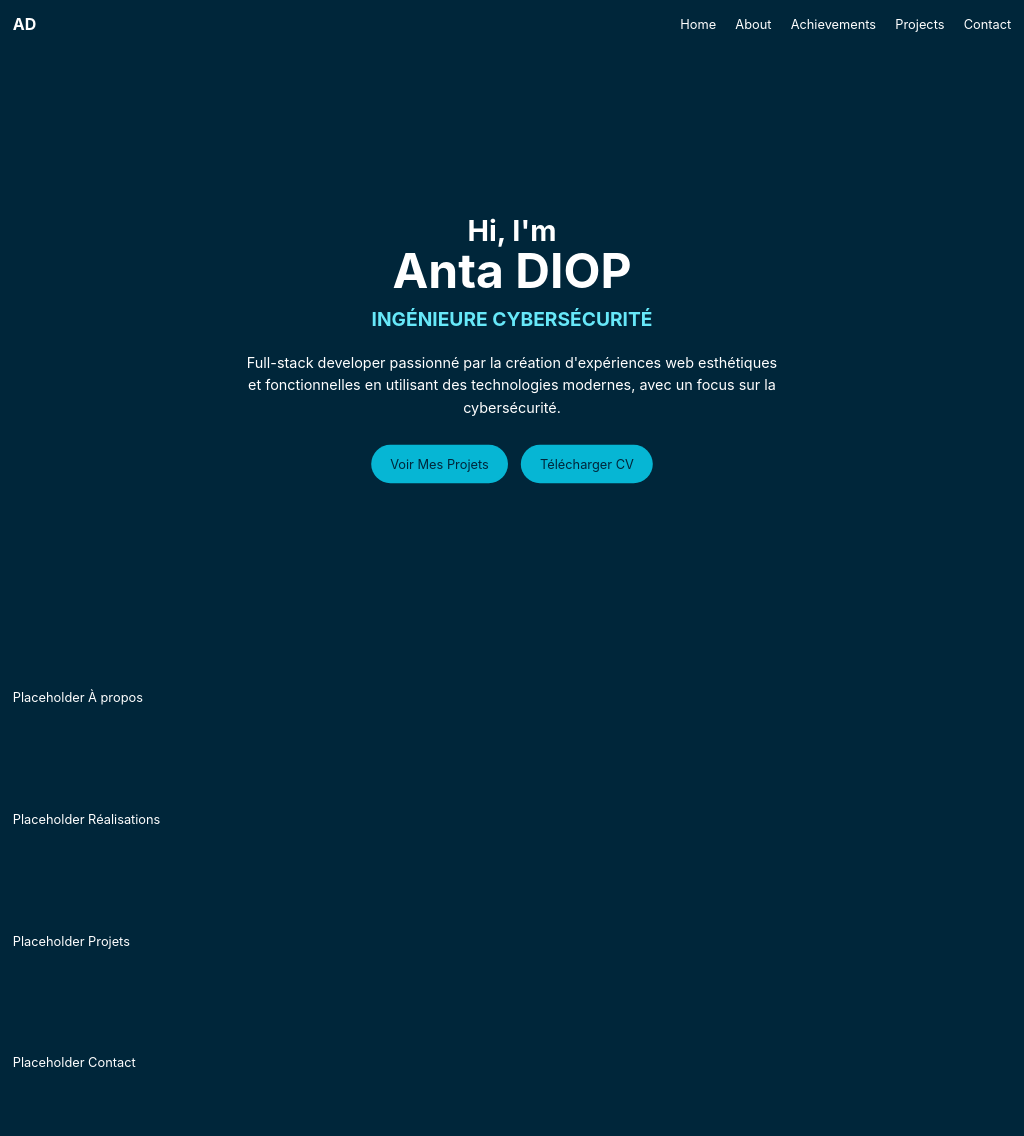
Repository: AntaaaKD/Mon-Portfolio
Page: /
These files come from the project's save history. The page is drawn as it stood at one moment and after the next save; the edit follows.
The browser window is 1280 px wide. The pictures show the whole page, at 80% of full size.
The project was rebuilt for these pictures with package versions that can differ from the ones it lists, and the page was loaded fresh each time.

Above is the page before, as saved 2026-01-14 18:33:55.

### src/App.js
import React from 'react';
import Navbar from './components/Navbar';
import Home from './components/Home';  // Ajoute cet import

function App() {
  return (
    <div className="min-h-screen bg-custom-blue text-white">
      <Navbar />
      <main className="container mx-auto p-4">
        <Home />  {/* Remplace le placeholder */}
        <section id="about" className="py-16">Placeholder À propos</section>
        <section id="achievements" className="py-16">Placeholder Réalisations</section>
        <section id="projects" className="py-16">Placeholder Projets</section>
        <section id="contact" className="py-16">Placeholder Contact</section>
      </main>
    </div>
  );
}

export default App;

### src/components/Navbar.jsx
import React, { useState, useEffect } from 'react';

const Navbar = () => {
  const [scrolled, setScrolled] = useState(false);

  useEffect(() => {
    const handleScroll = () => {
      if (window.scrollY > 50) {
        setScrolled(true);
      } else {
        setScrolled(false);
      }
    };

    window.addEventListener('scroll', handleScroll);
    return () => window.removeEventListener('scroll', handleScroll);
  }, []);

  return (
    <nav
        className={`p-4 sticky top-0 z-10 transition-all duration-300 ${
            scrolled
            ? 'bg-custom-blue bg-opacity-0 backdrop-blur-md'  // Semi-transparent (30%) + blur fort
            : 'bg-custom-blue'  // Bleu solide au top
        }`}
    >
        <div className="container mx-auto flex justify-between items-center">
            <h1 className="text-xl font-bold bg-text-blue">AD</h1>
            <ul className="flex space-x-6 text-white">
            <li><a href="#home" className="hover:text-cyan-300">Home</a></li>
            <li><a href="#about" className="hover:text-cyan-300">About</a></li>
            <li><a href="#achievements" className="hover:text-cyan-300">Achievements</a></li>
            <li><a href="#projects" className="hover:text-cyan-300">Projects</a></li>
            <li><a href="#contact" className="hover:text-cyan-300">Contact</a></li>
            </ul>
        </div>
    </nav>
  );
};

export default Navbar;

### src/components/Home.jsx
import React from 'react';

const Home = () => {
  return (
    <section id="home" className="flex flex-col items-center justify-center h-screen text-center px-4">
      <h1 className="text-4xl font-bold"> Hi, I'm</h1><h1 className="text-6xl font-bold bg-text-blue mb-4">Anta DIOP</h1>
      <h2 className="text-2xl font-bold text-cyan-300 mb-6">INGÉNIEURE CYBERSÉCURITÉ</h2>
      <p className="text-lg mb-8 max-w-2xl">Full-stack developer passionné par la création d'expériences web esthétiques et fonctionnelles en utilisant des technologies modernes, avec un focus sur la cybersécurité.</p>
      <div className="flex space-x-4">
        <a href="#projects" className="bg-cyan-500 text-custom-blue px-6 py-3 rounded-full hover:bg-cyan-400 transition">Voir Mes Projets</a>
        <a href="/cv.pdf" download className="bg-cyan-500 text-custom-blue px-6 py-3 rounded-full hover:bg-cyan-400 transition">Télécharger CV</a>
      </div>
    </section>
  );
};

export default Home;

### tailwind.config.js
/** @type {import('tailwindcss').Config} */
module.exports = {
  content: [
    "./src/**/*.{js,jsx,ts,tsx}",
  ],
  theme: {
    extend: {
      colors: {
        'custom-blue': 'rgb(0, 38, 58)',  // Ton bleu exact ici
        // 'text-blue': 'rgb(0, 128, 194)',
      },
    },
  },
  plugins: [],
};

Loaded but not shown: public/index.html (common file); src/index.js (common file); src/index.css (common file); src/reportWebVitals.js (common file)

After the next save:
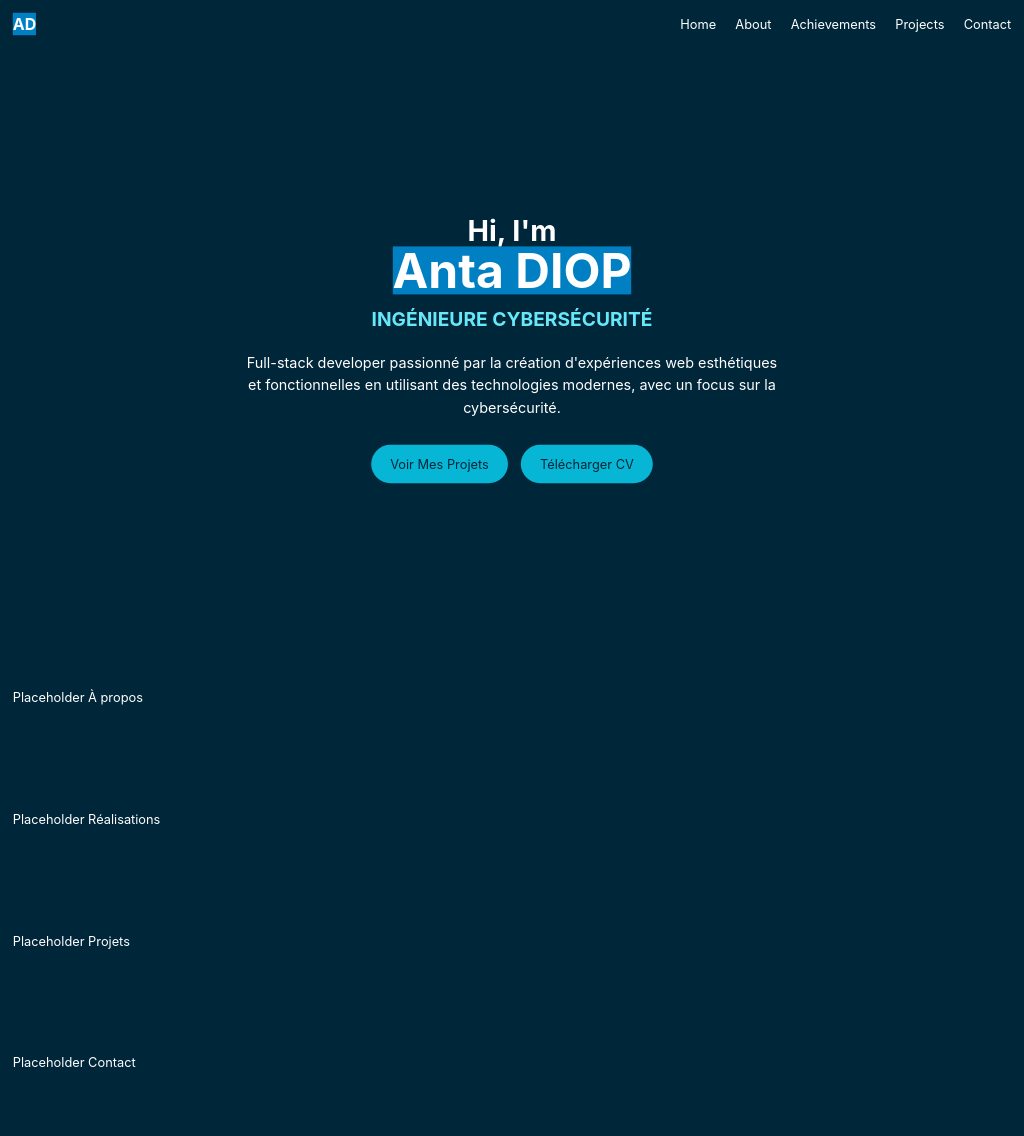
Saved 11 s later.
--- a/tailwind.config.js
+++ b/tailwind.config.js
@@ -7,7 +7,7 @@
     extend: {
       colors: {
         'custom-blue': 'rgb(0, 38, 58)',  // Ton bleu exact ici
-        // 'text-blue': 'rgb(0, 128, 194)',
+        'text-blue': 'rgb(0, 128, 194)',
       },
     },
   },

After the save that followed:
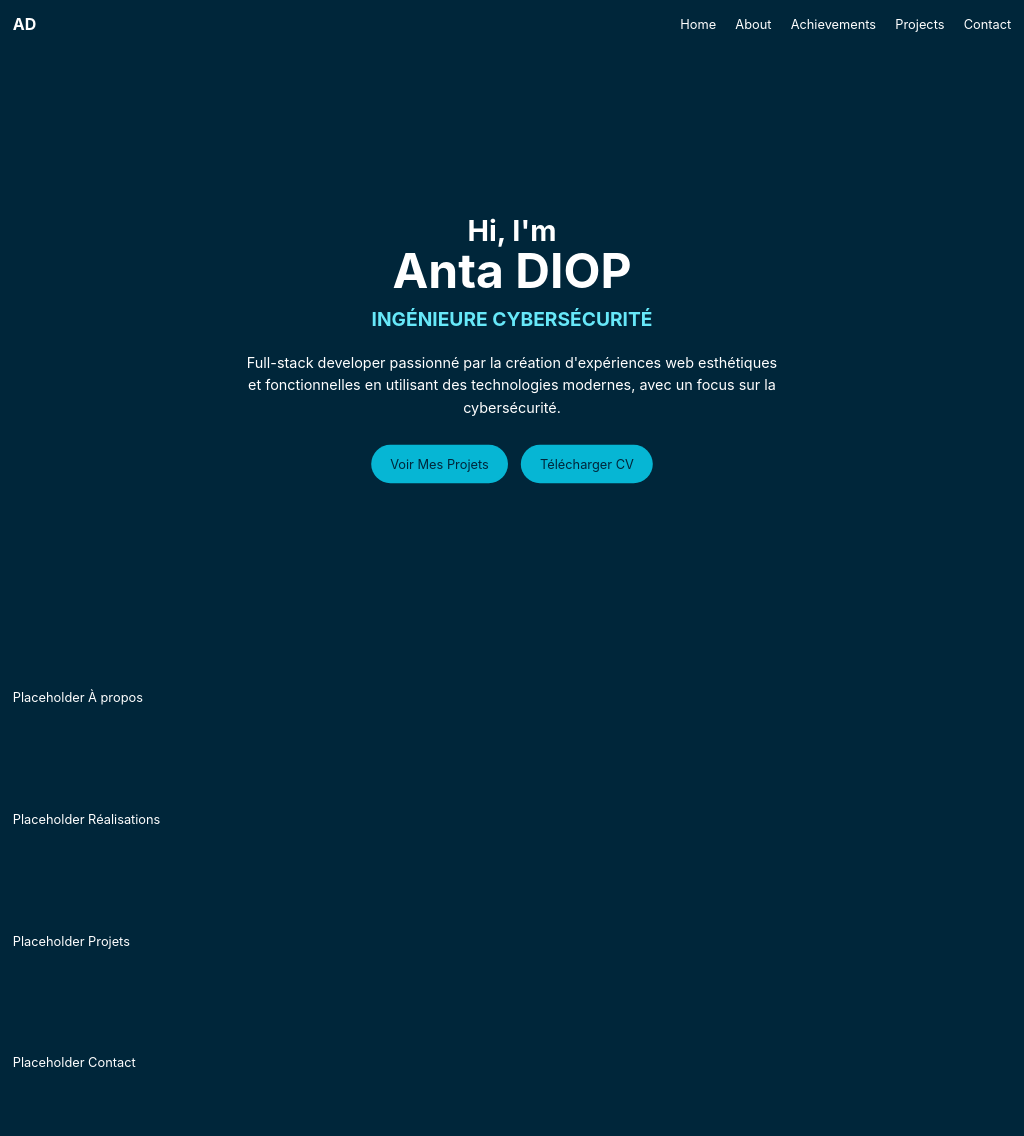
Saved 33 s later.
--- a/tailwind.config.js
+++ b/tailwind.config.js
@@ -7,7 +7,7 @@
     extend: {
       colors: {
         'custom-blue': 'rgb(0, 38, 58)',  // Ton bleu exact ici
-        'text-blue': 'rgb(0, 128, 194)',
+        'blue': 'rgb(0, 128, 194)',
       },
     },
   },
